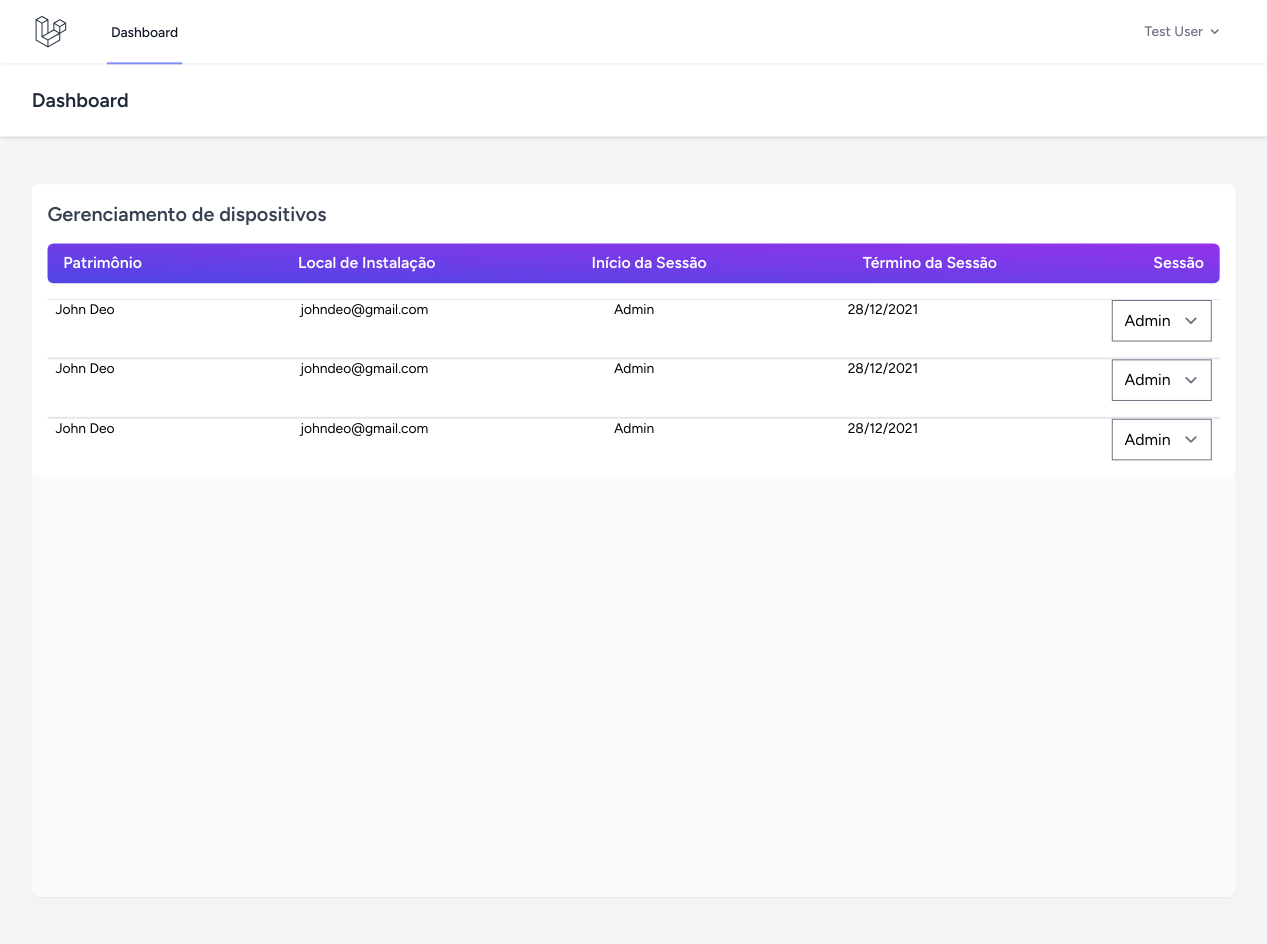
Repository: CrisMorgantee/device-logs
Page: http://localhost/dashboard
An editor plug-in stored every save of this project. The page is shown before and after the next save, followed by the edit.
The browser window is 1280 px wide. The pictures show the whole page, at 99% of full size.
The page is served by the project's Laravel application, run on PHP 8.4 with Laravel 10. A made-up administrator, Test User (test@example.com), is signed in. Other server files are loaded and not shown. Style sheets and scripts are compiled from the project's sources, by tool versions that may differ from the author's.

Above is the page before, as saved 2023-04-14 17:48:00.

### resources/views/dashboard.blade.php
<x-app-layout>
  <x-slot name="header">
    <h2 class="text-xl font-semibold leading-tight text-gray-800">
      {{ __('Dashboard') }}
    </h2>
  </x-slot>

  <div class="py-12">
    <div class="mx-auto max-w-7xl sm:px-6 lg:px-8">
      <div class="overflow-hidden bg-white shadow-sm sm:rounded-lg">
        <div class="min-h-screen bg-gray-50">
          <div class="rounded-md bg-white p-4">
            <div>
              <h2 class="mb-4 text-xl font-bold text-gray-700">Gerenciamento de dispositivos</h2>
              <div>
                <div>
                  <div
                    class="text-md flex justify-between rounded-md bg-gradient-to-tr from-indigo-600 to-purple-600 py-2 px-4 font-bold text-white">
                    <div>
                      <span>Patrimônio</span>
                    </div>
                    <div>
                      <span>Local de Instalação</span>
                    </div>
                    <div>
                      <span>Início da Sessão</span>
                    </div>
                    <div>
                      <span>Término da Sessão</span>
                    </div>
                    <div>
                      <span>Sessão</span>
                    </div>
                  </div>
                  <div>
                    <div class="mt-4 flex justify-between space-x-4 border-t text-sm font-normal">
                      <div class="flex px-2">
                        <span>John Deo</span>
                      </div>
                      <div>
                        <span>johndeo@gmail.com</span>
                      </div>
                      <div class="px-2">
                        <span>Admin</span>
                      </div>
                      <div class="px-2">
                        <span>28/12/2021</span>
                      </div>
                      <div class="px-2">
                        <select>
                          <option>Admin</option>
                          <option>User</option>
                        </select>
                      </div>
                    </div>
                    <div class="mt-4 flex justify-between space-x-4 border-t-2 text-sm font-normal">
                      <div class="px-2">
                        <span>John Deo</span>
                      </div>
                      <div>
                        <span>johndeo@gmail.com</span>
                      </div>
                      <div class="px-2">
                        <span>Admin</span>
                      </div>
                      <div class="px-2">
                        <span>28/12/2021</span>
                      </div>
                      <div class="px-2">
                        <select>
                          <option>Admin</option>
                          <option>User</option>
                        </select>
                      </div>
                    </div>
                    <div class="mt-4 flex justify-between space-x-4 border-t-2 text-sm font-normal">
                      <div class="px-2">
                        <span>John Deo</span>
                      </div>
                      <div>
                        <span>johndeo@gmail.com</span>
                      </div>
                      <div class="px-2">
                        <span>Admin</span>
                      </div>
                      <div class="px-2">
                        <span>28/12/2021</span>
                      </div>
                      <div class="px-2">
                        <select>
                          <option>Admin</option>
                          <option>User</option>
                        </select>
                      </div>
                    </div>
                  </div>
                </div>
              </div>
            </div>
          </div>
        </div>
      </div>
    </div>
</x-app-layout>

Loaded but not shown: app/Providers/AppServiceProvider.php (common file); routes/web.php (common file); routes/auth.php (common file); app/Http/Controllers/Auth/EmailVerificationPromptController.php (common file); app/Http/Controllers/Controller.php (common file); app/Http/Controllers/Auth/VerifyEmailController.php (common file); app/Models/User.php (common file); app/View/Components/AppLayout.php (common file); resources/views/layouts/app.blade.php (common file); resources/views/layouts/navigation.blade.php (common file); resources/views/components/application-logo.blade.php (common file); resources/views/components/nav-link.blade.php (common file); resources/views/components/dropdown-link.blade.php (common file); resources/views/components/dropdown.blade.php (common file); resources/views/components/responsive-nav-link.blade.php (common file); resources/css/app.css (common file); tailwind.config.js (common file); resources/js/app.js (common file); resources/js/bootstrap.js (common file)

After the next save:
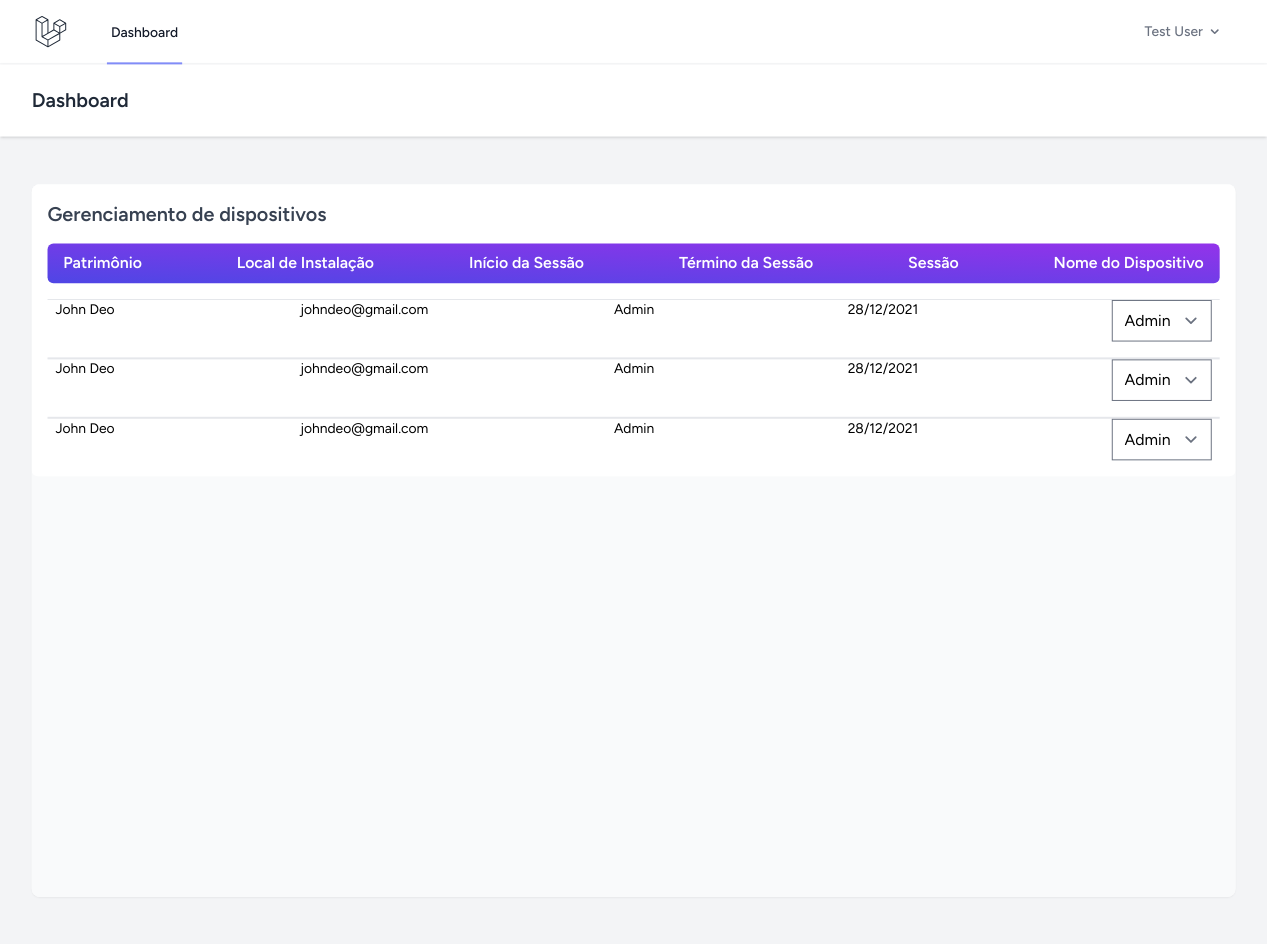
Saved 51 s later.
--- a/resources/views/dashboard.blade.php
+++ b/resources/views/dashboard.blade.php
@@ -30,6 +30,9 @@
                     </div>
                     <div>
                       <span>Sessão</span>
+                    </div>
+                    <div>
+                      <span>Nome do Dispositivo</span>
                     </div>
                   </div>
                   <div>
